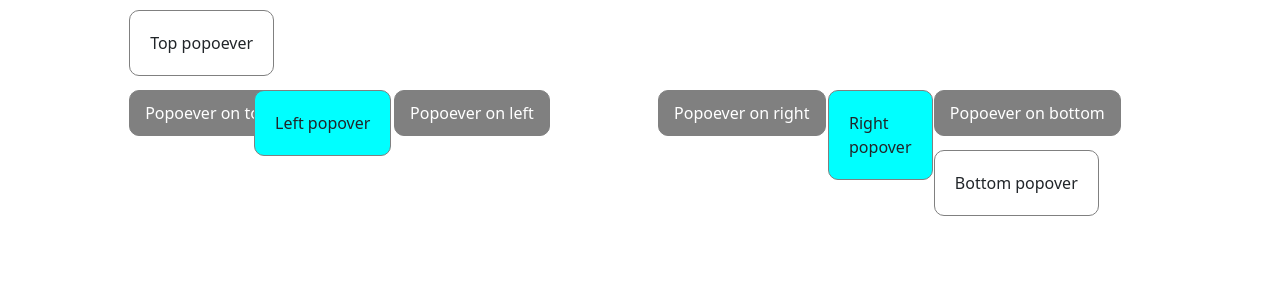
Repository: 1509Long/1509long.github.io
Page: exam.html
These files come from the project's save history. The page is drawn as it stood at one moment and after the next save; the edit follows.
The browser window is 1280 px wide. The pictures show the whole page.

Above is the page before, as saved 2022-05-24 21:02:29.

After the next save:
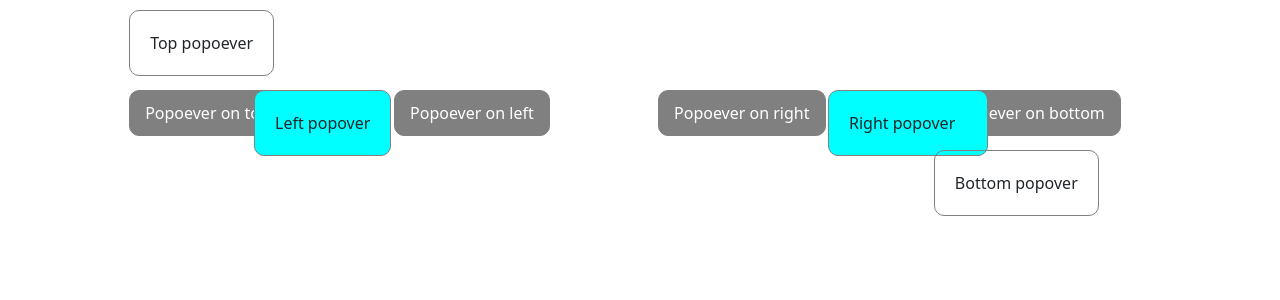
Saved 46 s later.
--- a/exam.html
+++ b/exam.html
@@ -68,6 +68,10 @@
         left: 170px;
         z-index: 1000;
         background-color: aqua;
+      }
+
+      #right {
+        width: 160px;
       }
 
       .box1 , .box2 , .box3 , .box4 {
